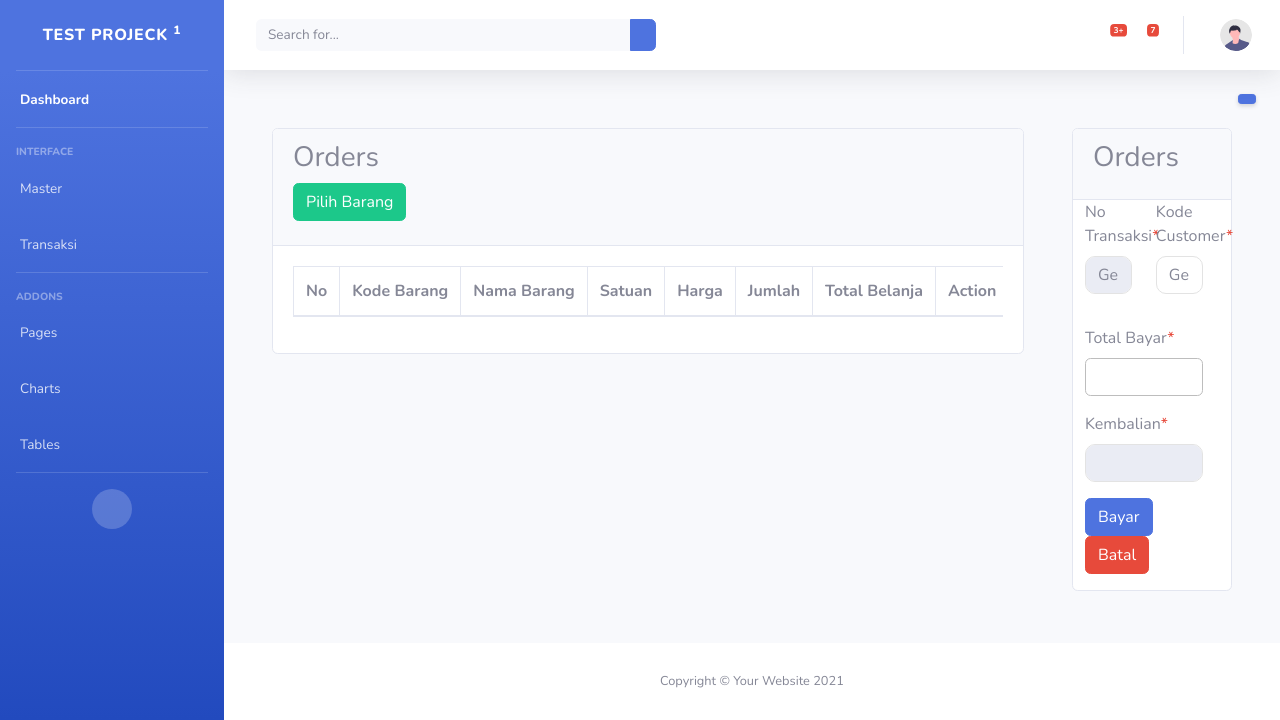
Repository: sellayspy/laravel123
Page: http://localhost/transaksis
The author's editor kept a copy of each file at every save. The page is drawn from the files as they stood at one save, then again after the next save.
The browser window is 1280 px wide. The pictures show the whole page.
The page is served by the project's Laravel application, run on PHP 8.4 with Laravel 10. Other server files are loaded and not shown. Queries for data that is not in the repository find no rows.

Above is the page before, as saved 2023-10-30 14:32:43.
Console error: ReferenceError: jQuery is not defined

### app/Http/Helpers/helpers.php
<?php

use function Termwind\terminal;

function format_uang  ($angka)
{
    return number_format($angka, 0,',', '.');
}


function terbilang ($angka)  {
    $angka = abs($angka);
    $baca = array('','satu','dua','tiga','empat','lima','enam','tujuh','delapan','sembilan','sepuluh','sebelas');
    $terbilang = '';

    if ($angka < 12) {
        $terbilang =' ' . $baca[$angka];
    }elseif ($angka < 20) { // 12-19
        $terbilang = terbilang($angka -10) . 'belas';
    }elseif ($angka < 100) { // 20-99
        $terbilang = terbilang($angka / 10) . 'puluh' . terbilang($angka % 10);
    }elseif ($angka < 200) { // 100-199
        $terbilang = 'seratus' . terbilang($angka -100);
    }elseif ($angka < 1000) { // 200-999
        $terbilang = terbilang($angka / 100). 'ratus' . terbilang($angka % 10);
    }elseif ($angka < 2000) { // 1.000-1.999
        $terbilang = 'seribu' . terbilang($angka - 1000);
    }elseif ($angka < 1000000) { // 2.000-999.999
        $terbilang = terbilang($angka /1000).'ribu'.terbilang($angka % 1000);
    }elseif ($angka < 1000000000) { // 1.000.000-999.999.999
        $terbilang = terbilang($angka / 1000000).'juta'. terbilang($angka % 1000000);
    }

    return $terbilang;
}

function tanggal_indonesia($tgl,$tampil_hari = true)
{
    $nama_hari = array(
        'Minggu','Senin','Selasa','Rabu','Kamis','Jum\'at','Sabtu');
    $nama_bulan = array(1 =>
        'Januari','Februari','Maret','April','Mei','Juni','Juli','Agustus','September','Oktober','November','Desember');

        $tahun = substr($tgl,0,4);
        $bulan = $nama_bulan[(int) substr($tgl,5,2)];
        $tanggal = substr($tgl,8,2);
        $text ='';

        if ($tampil_hari) {
            $urutan_hari = date('w',mktime(0,0,0, substr($tgl,5,2),$tanggal,$tahun));
            $hari   = $nama_hari[$urutan_hari];
            $text  .= "$hari, $tanggal $bulan $tahun";
        }
        return $text;
}

### routes/web.php
<?php

use App\Http\Controllers\BarangController;
use App\Http\Controllers\CustomerController;
use App\Http\Controllers\SuplierController;
use App\Http\Controllers\TransaksiDetailController;
use Illuminate\Support\Facades\Route;

/*
|--------------------------------------------------------------------------
| Web Routes
|--------------------------------------------------------------------------
|
| Here is where you can register web routes for your application. These
| routes are loaded by the RouteServiceProvider and all of them will
| be assigned to the "web" middleware group. Make something great!
|
*/
Route::get('dashboard',function(){
    return view('dashboard');
})->name('dashboard');

Route::resource('barangs',BarangController::class);

Route::resource('customers',CustomerController::class);

Route::resource('supliers',SuplierController::class);

Route::resource('transaksis',TransaksiDetailController::class);

### app/Http/Controllers/TransaksiDetailController.php
<?php

namespace App\Http\Controllers;

use App\Models\Barang;
use App\Models\Customer;
use Illuminate\Http\Request;

class TransaksiDetailController extends Controller
{
    public function index()
    {
        $barang = Barang::orderBy('nmBarang')->get();
        $customer = Customer::orderBy('nmCustomer')->get();
         return  view('transaksi.index',compact('barang','customer'));
    }
}

### app/Models/Barang.php
<?php

namespace App\Models;

use Illuminate\Database\Eloquent\Factories\HasFactory;
use Illuminate\Database\Eloquent\Model;

class Barang extends Model
{
    use HasFactory;

    protected $fillable = [
        'kdBarang',
        'nmBarang',
        'satuan',
        'hargaSatuan',
        'stock',
        'tglExpired'
    ];
}

### app/Models/Customer.php
<?php

namespace App\Models;

use Illuminate\Database\Eloquent\Factories\HasFactory;
use Illuminate\Database\Eloquent\Model;
use Illuminate\Database\Eloquent\Relations\HasManyThrough;
use Illuminate\Database\Eloquent\Relations\BelongsToMany;

class Customer extends Model
{
    use HasFactory;
    protected $table = 'customers';
    protected $fillable = [
        'kdCustomer',
        'nmCustomer',
        'alamat',
        'noTelepon'
    ];


}

### resources/views/transaksi/index.blade.php
@extends('layouts.main')
@section('contents')
    <style>
        .form-control {
            border-color: #bdbdbd;
        }

        .form-control-solid {
            border-color: #e3e3e3;
            border-radius: 10px;
        }
    </style>
    <div class="d-flex flex-column-fluid">
        <div class="container">
            <div class="card card-custom">
                <div class="card-header">
                    <div class="card-title">
                        <span class="card-icon">
                            <i class="flaticon2-supermarket text-primary"></i>
                        </span>
                        <h3 class="card-label">Orders</h3>
                        <button type="button" class="btn btn-success" data-toggle="modal"
                            data-target=".bd-example-modal-lg">Pilih Barang</button>
                    </div>
                </div>
                <div class="row">
                    <div class="col-md-12">
                        <div class="card-body">
                            <!--begin: Datatable-->
                            <div class="table-responsive text-nowrap" style="width: 710px">
                                <table class="table table-bordered table-hover table-checkable table-responsive"
                                    id="data_order" style="margin-top: 13px !important, margin-right:13px;">
                                    <thead>
                                        <tr>
                                            <th>No</th>
                                            <th>Kode Barang</th>
                                            <th>Nama Barang</th>
                                            <th>Satuan</th>
                                            <th>Harga</th>
                                            <th>Jumlah</th>
                                            <th>Total Belanja</th>
                                            <th>Action</th>
                                        </tr>
                                    </thead>
                                    <tbody id="show_data">

                                    </tbody>
                                </table>
                                <div class="modal fade bd-example-modal" id="ModalHapus" tabindex="-1" role="dialog"
                                    aria-labelledby="myModalLabel" aria-hidden="true">
                                    <div class="modal-dialog" role="document">
                                        <div class="modal-content">
                                            <div class="modal-header">
                                                <button type="button" class="close" data-dismiss="modal"
                                                    aria-label="Close">
                                                    <h4 class="modal-title" id="myModalLabel">Hapus Barang</h4>
                                            </div>
                                            <form class="form-horizontal">
                                                <div class="modal-body">

                                                    <input type="hidden" name="id" id="textkode" value="">
                                                    <div class="alert alert-warning">
                                                        <p>Apakah Anda yakin mau memhapus barang ini?</p>
                                                    </div>

                                                </div>
                                                <div class="modal-footer">
                                                    <button type="button" class="btn btn-secondary"
                                                        data-bs-dismiss="modal">Close</button>
                                                    <button class="btn_hapus btn btn-danger" id="btn_hapus">Hapus</button>
                                                </div>
                                            </form>
                                        </div>
                                    </div>
                                </div>
                                <div class="modal fade bd-example-modal" id="ModalLunas" tabindex="-1" role="dialog"
                                    aria-labelledby="myModalLabel" aria-hidden="true">
                                    <div class="modal-dialog" role="document">
                                        <div class="modal-content">
                                            <div class="modal-header">
                                                <button type="button" class="close" data-dismiss="modal"
                                                    aria-label="Close">
                                                    <h4 class="modal-title" id="myModalLabel">Yakin Pembelian Sudah Benar?
                                                    </h4>
                                            </div>
                                            <form action="/struck" class="form-horizontal">
                                                <div class="modal-body">
                                                    <div class="alert alert-info">
                                                        <p>Tekan Bayar Jika Sudah Benar</p>
                                                    </div>
                                                </div>
                                                <input type="text" class="form-control form-control-solid"
                                                    placeholder="Generate Otomatis" readonly value="{{ rand(0000, 9999) }}"
                                                    name="id_transaction" id="id_transaction" hidden />
                                                <input type="text" class="form-control form-control-solid"
                                                    placeholder="Generate Otomatis" readonly value=""
                                                    name="id_user" id="id_user" hidden />
                                                <div class="modal-footer">
                                                    <button type="button" class="btn btn-secondary"
                                                        data-bs-dismiss="modal">Close</button>
                                                    <button class="btn_hapus btn btn-primary" id="lunas">Bayar</button>
                                                </div>
                                            </form>
                                        </div>
                                    </div>
                                </div>
                                <div class="modal fade bd-example-modal" id="ModalBatal" tabindex="-1" role="dialog"
                                    aria-labelledby="myModalLabel" aria-hidden="true">
                                    <div class="modal-dialog" role="document">
                                        <div class="modal-content">
                                            <div class="modal-header">
                                                <button type="button" class="close" data-dismiss="modal"
                                                    aria-label="Close">
                                                    <h4 class="modal-title" id="myModalLabel">Yakin Ingin Membatalkan?
                                                    </h4>
                                            </div>
                                            <form class="form-horizontal">
                                                <div class="modal-body">
                                                    <div class="alert alert-info">
                                                        <p>Tekan Batal</p>
                                                    </div>
                                                </div>
                                                <div class="modal-footer">
                                                    <button type="button" class="btn btn-secondary"
                                                        data-bs-dismiss="modal">Close</button>
                                                    <button class="btn_hapus btn btn-primary"
                                                        id="batal">Batal</button>
                                                </div>
                                            </form>
                                        </div>
                                    </div>
                                </div>
                                <!--end: Datatable-->
                            </div>
                        </div>
                    </div>
                </div>
            </div>
        </div>
        <div class="container">
            <div class="card card-custom">
                <div class="card-header">
                    <div class="card-title">
                        <span class="card-icon">
                            <i class="flaticon2-supermarket text-primary"></i>
                        </span>
                        <h3 class="card-label">Orders</h3>
                    </div>
                </div>
                <div class="row" style="margin-left: 0px;">
                    <div class="col-md-5">

                        <div class="form-group">
                            <label>No Transaksi<span class="text-danger">*</span></label>
                            <input type="text" class="form-control form-control-solid" placeholder="Generate Otomatis"
                                readonly value="" name="cabang" id="cabang" />
                            <input type="text" class="form-control form-control-solid" placeholder="Generate Otomatis"
                                readonly value="" name="id_cabang" id="id_cabang" hidden />
                        </div>
                    </div>
                    <div class="col-md-5">
                        <div class="form-group">
                            <label>Kode Customer<span class="text-danger">*</span></label>
                            <input type="text" class="form-control form-control-solid" placeholder="Generate Otomatis"
                                name="name" id="name" />
                            <input type="text" class="form-control form-control-solid" placeholder="Generate Otomatis"
                                name="id_user" id="id_user" hidden />
                        </div>
                    </div>
                    <div class="col-md-10">
                        <div class="form-group gettotalbarang">
                        </div>
                    </div>
                    <div class="col-md-10">
                        <div class="form-group cash-all-lunas">
                            <label>Total Bayar<span class="text-danger">*</span>
                            </label>
                            <input type="text" id="cash" name="cash" onkeyup="getcashback(this.value)"
                                class="form-control rupiah" min="0" max="100" required>
                        </div>
                    </div>
                    <div class="col-md-10">
                        <div class="form-group">
                            <label>Kembalian<span class="text-danger">*</span></label>
                            <input type="text" id="caseback" class="form-control form-control-solid" readonly
                                name="caseback" min="0" max="100">
                        </div>
                    </div>
                    <div class="col-md-10" id="lunas-modal">
                        <div class="form-group">
                            <button class="btn btn-primary" id="lunas">Bayar</button>
                            <button class="btn btn-danger" id="batal">Batal</button>
                        </div>
                    </div>

                </div>
            </div>
        </div>
        <div class="modal fade bd-example-modal-lg" tabindex="-1" role="dialog" aria-labelledby="myLargeModalLabel"
            aria-hidden="true">
            <div class="modal-dialog modal-lg">
                <div class="modal-content">
                    <div class="modal-header">
                        <h5 class="modal-title">Pilih Barang</h5>
                        <button type="button" class="close" data-dismiss="modal" aria-label="Close">
                            <span aria-hidden="true">&times;</span>
                        </button>
                    </div>
                    <div class="card-body">
                        <div class="table-responsive text-nowrap">
                            <table class="table table-bordered table-hover table-checkable table-responsive"
                                id="datatable" style="margin-top: 13px !important, margin-right:13px;">
                                <thead>
                                    <tr>
                                        <th>No</th>
                                        <th hidden>id</th>
                                        <th>Nama Barang</th>
                                        <th>Kategori</th>
                                        <th>Harga</th>
                                        <th>stok</th>
                                        <th>Jumlah</th>
                                        <th>Satuan</th>
                                        <th>Actions</th>

                                    </tr>
                                </thead>

                                <tbody id="data_product">


                                </tbody>

                            </table>
                        </div>
                    </div>
                </div>
            </div>
        </div>

    </div>

@endsection

### resources/views/layouts/footer.blade.php
<footer class="sticky-footer bg-white">
  <div class="container my-auto">
    <div class="copyright text-center my-auto">
      <span>Copyright &copy; Your Website 2021</span>
    </div>
  </div>
</footer>

Loaded but not shown: app/Http/Controllers/Controller.php (common file); public/css/sb-admin-2.min.css (library); public/js/sb-admin-2.min.js (common file); public/img/undraw_profile.svg (38 lines, source omitted); public/img/undraw_profile_3.svg (47 lines, source omitted); public/img/undraw_profile_2.svg (44 lines, source omitted); public/img/undraw_profile_1.svg (38 lines, source omitted); resources/views/layouts/navbar.blade.php (186 lines, source omitted); resources/views/layouts/sidebar.blade.php (149 lines, source omitted); resources/views/layouts/main.blade.php (127 lines, source omitted)

After the next save:
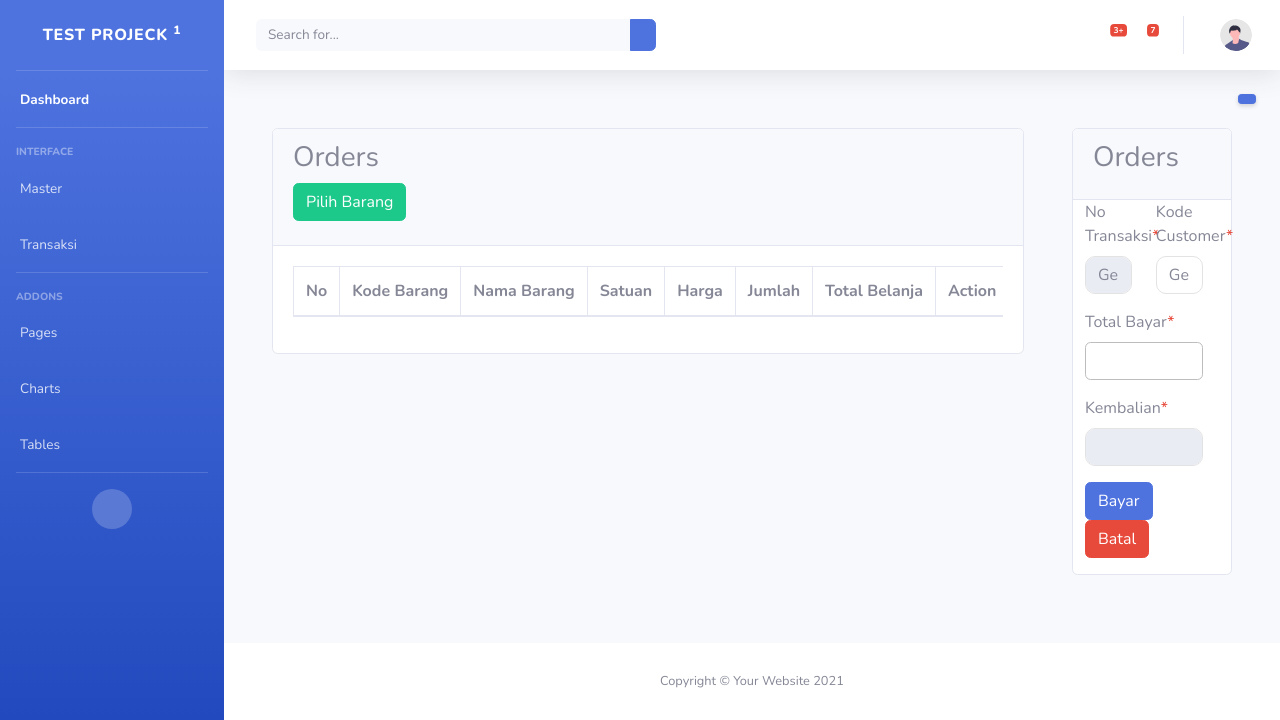
Saved 37 s later.
--- a/resources/views/transaksi/index.blade.php
+++ b/resources/views/transaksi/index.blade.php
@@ -167,10 +167,7 @@
                                 name="id_user" id="id_user" hidden />
                         </div>
                     </div>
-                    <div class="col-md-10">
-                        <div class="form-group gettotalbarang">
-                        </div>
-                    </div>
+
                     <div class="col-md-10">
                         <div class="form-group cash-all-lunas">
                             <label>Total Bayar<span class="text-danger">*</span>

After the save that followed:
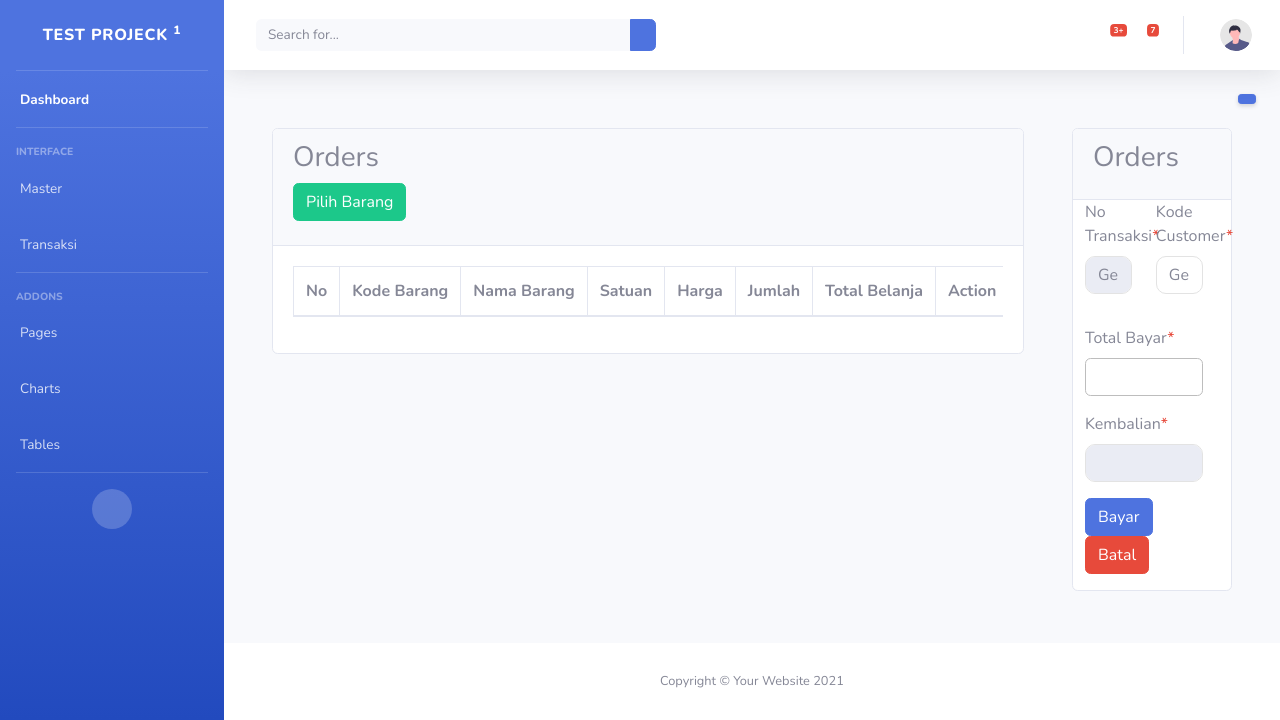
Saved 10 s later.
--- a/resources/views/transaksi/index.blade.php
+++ b/resources/views/transaksi/index.blade.php
@@ -167,7 +167,10 @@
                                 name="id_user" id="id_user" hidden />
                         </div>
                     </div>
-
+                    <div class="col-md-10">
+                        <div class="form-group gettotalbarang">
+                        </div>
+                    </div>
                     <div class="col-md-10">
                         <div class="form-group cash-all-lunas">
                             <label>Total Bayar<span class="text-danger">*</span>
